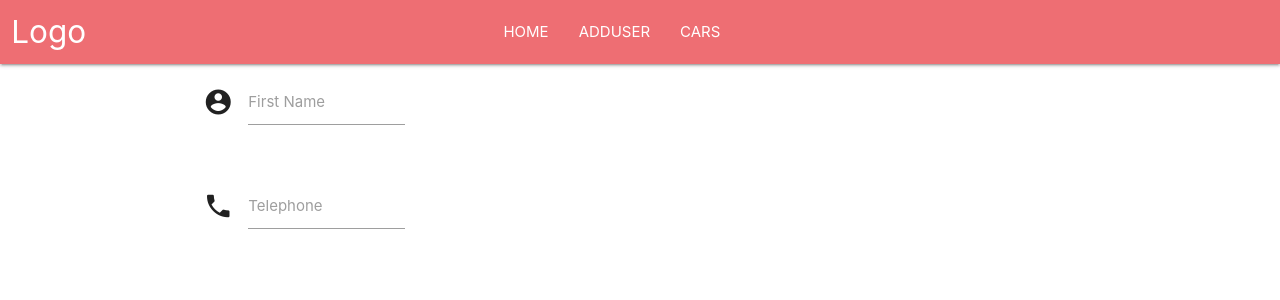
Repository: JenyaIII-sudo/Cars
Page: /Add
These files come from the project's save history. The page is drawn as it stood at one moment and after the next save; the edit follows.
The browser window is 1280 px wide. The pictures show the whole page.
The project was rebuilt for these pictures with package versions that can differ from the ones it lists, and the page was loaded fresh each time. Also part of the build but not shown: src/App.css, src/Components/Home.js. Imported but missing from the stored project, and not drawn on this page: src/Components/Cars.

Above is the page before, as saved 2019-11-24 15:36:56.

After the next save:
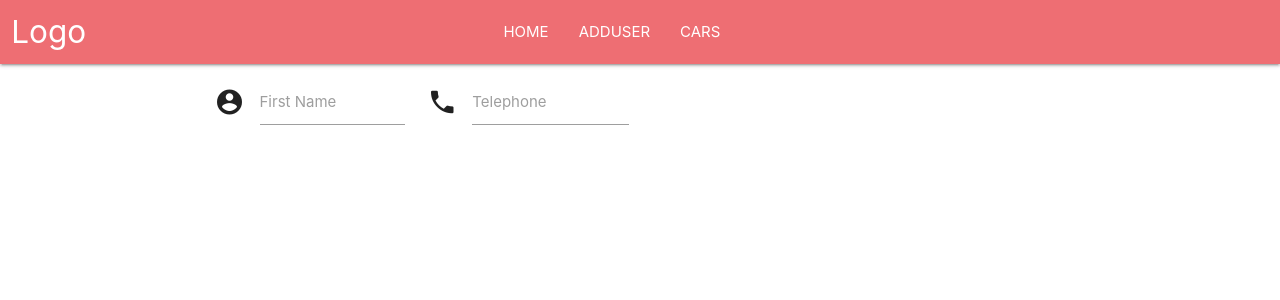
Saved 40 s later.
--- a/src/Components/AddUser.js
+++ b/src/Components/AddUser.js
@@ -4,13 +4,12 @@
   return (
     <div className="container">
       <form className="col s6">
-        <div className="row">
-          <div className="input-field col s6">
-            <i className="material-icons prefix">account_circle</i>
-            <input id="icon_prefix" type="text" className="validate" />
-            <label for="icon_prefix">First Name</label>
-          </div>
+        <div className="input-field col s6">
+          <i className="material-icons prefix">account_circle</i>
+          <input id="icon_prefix" type="text" className="validate" />
+          <label for="icon_prefix">First Name</label>
         </div>
+
         <div className="row">
           <div className="input-field col s6">
             <i className="material-icons prefix">phone</i>

After the save that followed:
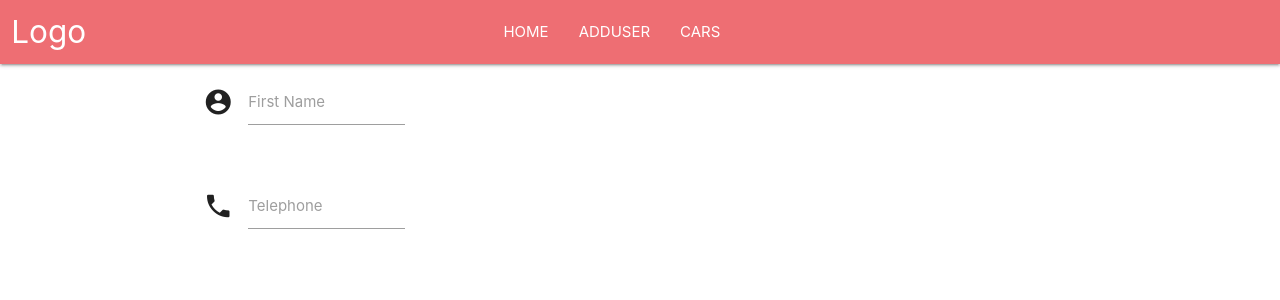
Saved 6 s later.
--- a/src/Components/AddUser.js
+++ b/src/Components/AddUser.js
@@ -4,12 +4,13 @@
   return (
     <div className="container">
       <form className="col s6">
-        <div className="input-field col s6">
-          <i className="material-icons prefix">account_circle</i>
-          <input id="icon_prefix" type="text" className="validate" />
-          <label for="icon_prefix">First Name</label>
+        <div className="row">
+          <div className="input-field col s6">
+            <i className="material-icons prefix">account_circle</i>
+            <input id="icon_prefix" type="text" className="validate" />
+            <label for="icon_prefix">First Name</label>
+          </div>
         </div>
-
         <div className="row">
           <div className="input-field col s6">
             <i className="material-icons prefix">phone</i>
